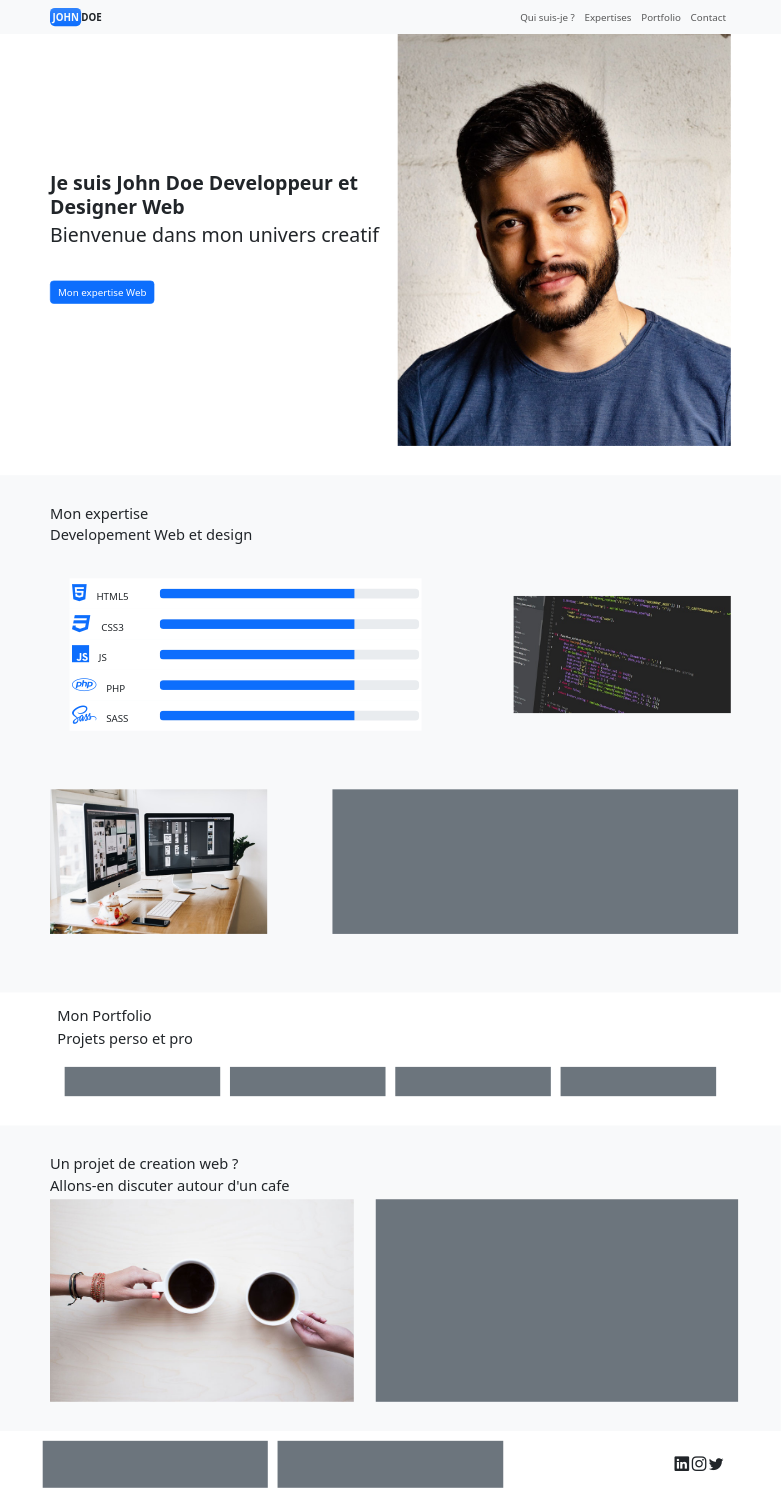
Repository: wadelfadill/Bootstrap_tache_1_portfolio
Page: index.html
An editor plug-in stored every save of this project. The page is shown before and after the next save, followed by the edit.
The browser window is 1280 px wide. The pictures show the whole page, at 61% of full size.
Some web libraries are served in a nearby version.

Above is the page before, as saved 2023-03-28 13:30:45.

### index.html
<!DOCTYPE html>
<html lang="en">
<head>
    <meta charset="UTF-8">
    <meta http-equiv="X-UA-Compatible" content="IE=edge">
    <meta name="viewport" content="width=device-width, initial-scale=1.0">
    <title>Portfolio_Bootstrap</title>
    <link href="https://cdn.jsdelivr.net/npm/bootstrap@5.3.0-alpha2/dist/css/bootstrap.min.css" rel="stylesheet" integrity="sha384-aFq/bzH65dt+w6FI2ooMVUpc+21e0SRygnTpmBvdBgSdnuTN7QbdgL+OapgHtvPp" crossorigin="anonymous">
    <link rel="stylesheet" href="https://cdn.jsdelivr.net/npm/bootstrap-icons@1.5.0/font/bootstrap-icons.css">
    <link rel="stylesheet" href="https://cdnjs.cloudflare.com/ajax/libs/font-awesome/5.15.4/css/all.min.css" integrity="sha512-1ycn6IcaQQ40/MKBW2W4Rhis/DbILU74C1vSrLJxCq57o941Ym01SwNsOMqvEBFlcgUa6xLiPY/NS5R+E6ztJQ==" crossorigin="anonymous" referrerpolicy="no-referrer" />
    <link rel="stylesheet" href="style.css">
    <!-- Font Awesome -->
    <script src="https://kit.fontawesome.com/14273d579a.js" crossorigin="anonymous"></script>
</head>
<body>
    <header>
        <nav class="navbar navbar-expand-md bg-light navbar-light container-fluid fixed-top">
            <div class="container">
                <a href="/index.html" class="nav-brand text-uppercase fw-bolder link-dark link-underline-opacity-0">
                    <span class="bg-primary bg-gradient p-1 rounded-3 text-light">JOHN</span>DOE
                </a>
                <button class="navbar-toggler" type="button" data-bs-toggle="collapse" data-bs-target="#navbarNav" aria-controls="navbarNav" aria-expanded="false" aria-label="Toggle navigation">
                    <span class="navbar-toggler-icon"></span>
                </button>
                <div class="collapse navbar-collapse justify-content-end" id="navbarNav">
                    <ul class="navbar-nav">
                        <li class="nav-item">
                            <a class="nav-link" href="#johndoe">Qui suis-je ?</a>
                        </li>
                        <li class="nav-item">
                            <a class="nav-link" href="#expertise">Expertises</a>
                        </li>
                        <li class="nav-item">
                            <a class="nav-link" href="#portfolio">Portfolio</a>
                        </li>
                        <li class="nav-item">
                            <a class="nav-link" href="#contact">Contact</a>
                        </li>
                    </ul>
                </div>
            </div>
        </nav>
    </header>
    <main>
        <section class="my-5">
            <div class="container">
                <div class="row gy-4 gy-md-0 align-items-center">
                    <div class="col-12 col-md-6 py-5 py-md-0">
                        <p class="h2 fw-bold">Je suis John Doe Developpeur et Designer Web</p>
                        <p class="h2 fw-light">Bienvenue dans mon univers creatif</p>
                        <a class="btn btn-primary mt-5" href="#expertise" role="button">Mon expertise Web</a>

                    </div>
                    <div class="col-12 col-md-6">
                        <img src="img/portrait.jpg" alt="profile de Jhon Doe" class="w-100">
                    </div>
                </div>
            </div>
        </section>
        <section>
            <div class="container-fluid bg-light py-5 mt-5">
                <div class="container">
                 <p class="h4 .fs-3 .fs-md-2" id="expertise">Mon expertise</p>
                 <p class="h4 .fs-3 .fs-md-2">Developement Web et design</p>
                <div class="row gy-4 gy-md-0 align-items-center">
                    <div class="col-12 col-md-7 bg-light p-5 justify-content-between gap-3">
                        <div class="row bg-body py-2 align-items-center gx-2">
                            <div class="col-3">
                                <i class="fab fa-html5 fa-2x me-3 text-primary" aria-hidden="true"></i><span class="pb-5">HTML5</span>
                            </div>
                            <div class="col-9">
                                <div class="progress">
                                    <div class="progress-bar" role="progressbar" style="width: 75%" aria-valuenow="75" aria-valuemin="0" aria-valuemax="100"></div>
                                </div>
                            </div>
                        </div>
                        <div class="row bg-body py-2 align-items-center gx-2">
                            <div class="col-3">
                                <i class="fab fa-css3 fa-2x me-3 text-primary" aria-hidden="true"></i><span class="pb-5">CSS3</span>
                            </div>
                            <div class="col-9">
                                <div class="progress">
                                    <div class="progress-bar" role="progressbar" style="width: 75%" aria-valuenow="75" aria-valuemin="0" aria-valuemax="100"></div>
                                </div>
                            </div>
                        </div>
                        <div class="row bg-body py-2 align-items-center gx-2">
                            <div class="col-3">
                                <i class="fab fa-js fa-2x me-3 text-primary" aria-hidden="true"></i><span class="pb-5">JS</span>
                            </div>
                            <div class="col-9">
                                <div class="progress">
                                    <div class="progress-bar" role="progressbar" style="width: 75%" aria-valuenow="75" aria-valuemin="0" aria-valuemax="100"></div>
                                </div>
                            </div>
                        </div>
                        <div class="row bg-body py-2 align-items-center gx-2">
                            <div class="col-3">
                                <i class="fab fa-php fa-2x me-3 text-primary" aria-hidden="true"></i><span class="pb-5">PHP</span>
                            </div>
                            <div class="col-9">
                                <div class="progress">
                                    <div class="progress-bar" role="progressbar" style="width: 75%" aria-valuenow="75" aria-valuemin="0" aria-valuemax="100"></div>
                                </div>
                            </div>
                        </div>
                        <div class="row bg-body py-2 align-items-center gx-2">
                            <div class="col-3">
                                <i class="fab fa-sass fa-2x me-3 text-primary" aria-hidden="true"></i><span class="pb-5">SASS</span>
                            </div>
                            <div class="col-9">
                                <div class="progress">
                                    <div class="progress-bar" role="progressbar" style="width: 75%" aria-valuenow="75" aria-valuemin="0" aria-valuemax="100"></div>
                                </div>
                            </div>
                        </div>
                    </div>
                    <div class="col-12 col-md-4 offset-md-1">
                        <img src="img/code.jpg" alt="" class="w-100">
                    </div>
                </div>
                <div class="row my-5 gy-4 gy-md-0">
                    <div class="col-12 col-md-4">
                        <img src="img/design.jpg" alt="" class="w-100">
                    </div>
                    <div class="col-12 col-md-7 bg-secondary offset-md-1 p-5">

                    </div>
                </div>
             </div>
            </div>

        </section>
        <section class="container">
            <div class="container my-4">
                <p class="h4 .fs-3 .fs-md-2" id="portfolio">Mon Portfolio</p>
                <p class="h4 .fs-3 .fs-md-2">Projets perso et pro</p>
                <div class="row gap-3 p-4">
                    <div class="col-12 col-md bg-secondary py-4"></div>
                    <div class="col-12 col-md bg-secondary py-4"></div>
                    <div class="col-12 col-md bg-secondary py-4"></div>
                    <div class="col-12 col-md bg-secondary py-4"></div>
                </div>
            </div>
        </section>
        <section class="p-5 bg-light">
            <div class="container">
                <p class="h4 .fs-3 .fs-md-2" id="contact">Un projet de creation web ?</p>
                <p class="h4 .fs-3 .fs-md-2">Allons-en discuter autour d'un cafe</p>
                <div class="row gap-4 gy-4 gy-md-0">
                    <div class="col-12 col-md">
                        <img src="img/grab-a-coffee.jpg" class="w-100" alt="">
                    </div>
                    <div class="col-12 col-md bg-secondary p-5"></div>
                </div>
            </div>
        </section>
    </main>
    <footer>
        <div class="container">
            <div class="row gap-3 py-3">
                <div class="col-12 col-md p-4 bg-secondary"></div>
                <div class="col-12 col-md p-4 bg-secondary"></div>
                <div class="col-12 col-md p-4 text-md-end">
                    <a href="#" target="_blank" class="link-dark link-underline-opacity-0">
                        <i class="bi bi-linkedin h4"></i>
                    </a>
                    <a href="#" target="_blank" class="link-dark link-underline-opacity-0">
                        <i class="bi bi-instagram h4"></i>
                    </a>
                    <a href="#" target="_blank" class="link-dark link-underline-opacity-0">
                        <i class="bi bi-twitter h4"></i>
                    </a>
                </div>
            </div>
        </div>
    </footer>
    <script src="https://cdn.jsdelivr.net/npm/bootstrap@5.3.0-alpha2/dist/js/bootstrap.bundle.min.js" integrity="sha384-qKXV1j0HvMUeCBQ+QVp7JcfGl760yU08IQ+GpUo5hlbpg51QRiuqHAJz8+BrxE/N" crossorigin="anonymous"></script>

</body>
</html>

Loaded but not shown: style.css (no stored copy; drawn as an empty file)

After the next save:
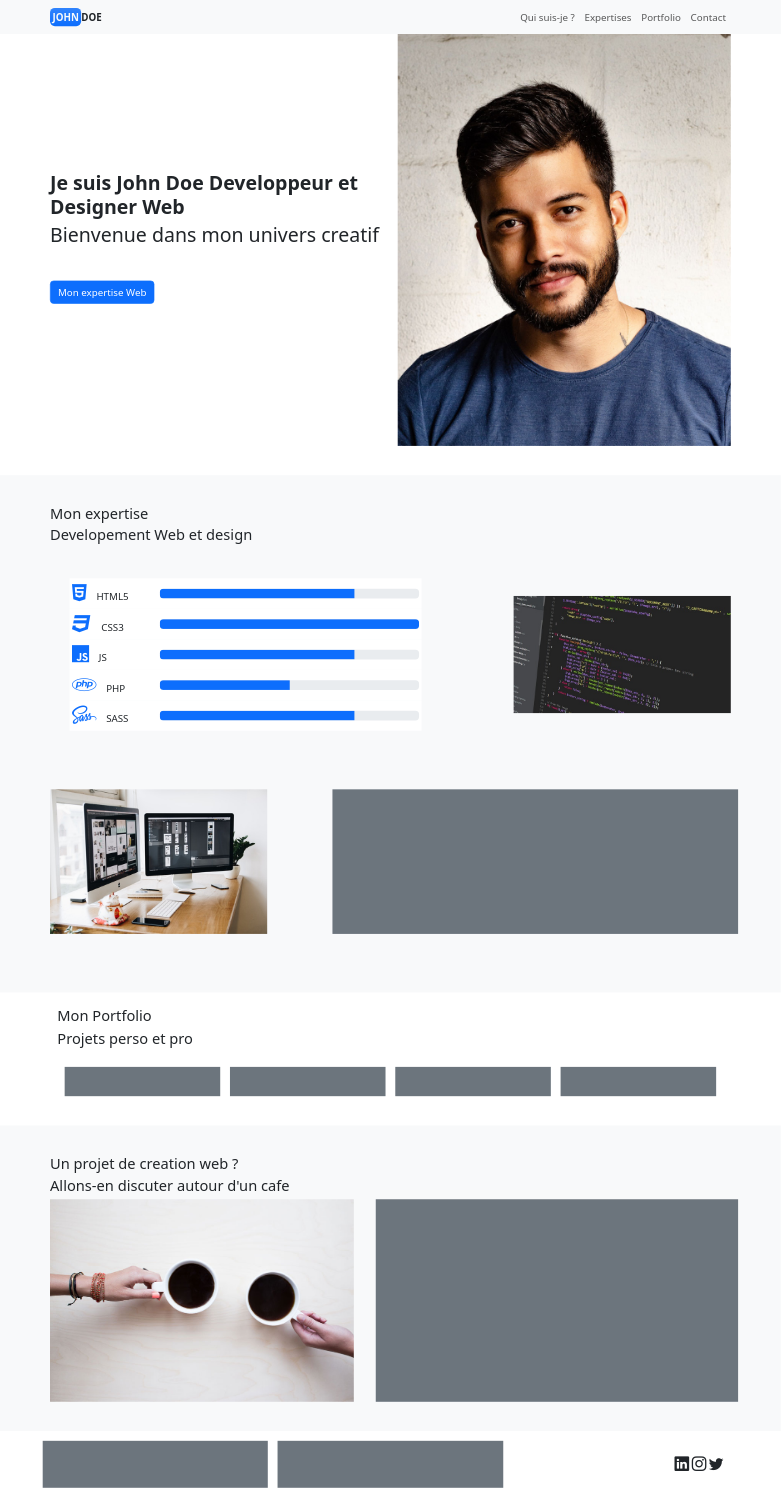
Saved 55 s later.
--- a/index.html
+++ b/index.html
@@ -80,7 +80,7 @@
                             </div>
                             <div class="col-9">
                                 <div class="progress">
-                                    <div class="progress-bar" role="progressbar" style="width: 75%" aria-valuenow="75" aria-valuemin="0" aria-valuemax="100"></div>
+                                    <div class="progress-bar" role="progressbar" style="width: 100%" aria-valuenow="100" aria-valuemin="0" aria-valuemax="100"></div>
                                 </div>
                             </div>
                         </div>
@@ -100,7 +100,7 @@
                             </div>
                             <div class="col-9">
                                 <div class="progress">
-                                    <div class="progress-bar" role="progressbar" style="width: 75%" aria-valuenow="75" aria-valuemin="0" aria-valuemax="100"></div>
+                                    <div class="progress-bar" role="progressbar" style="width: 50%" aria-valuenow="50" aria-valuemin="0" aria-valuemax="100"></div>
                                 </div>
                             </div>
                         </div>
